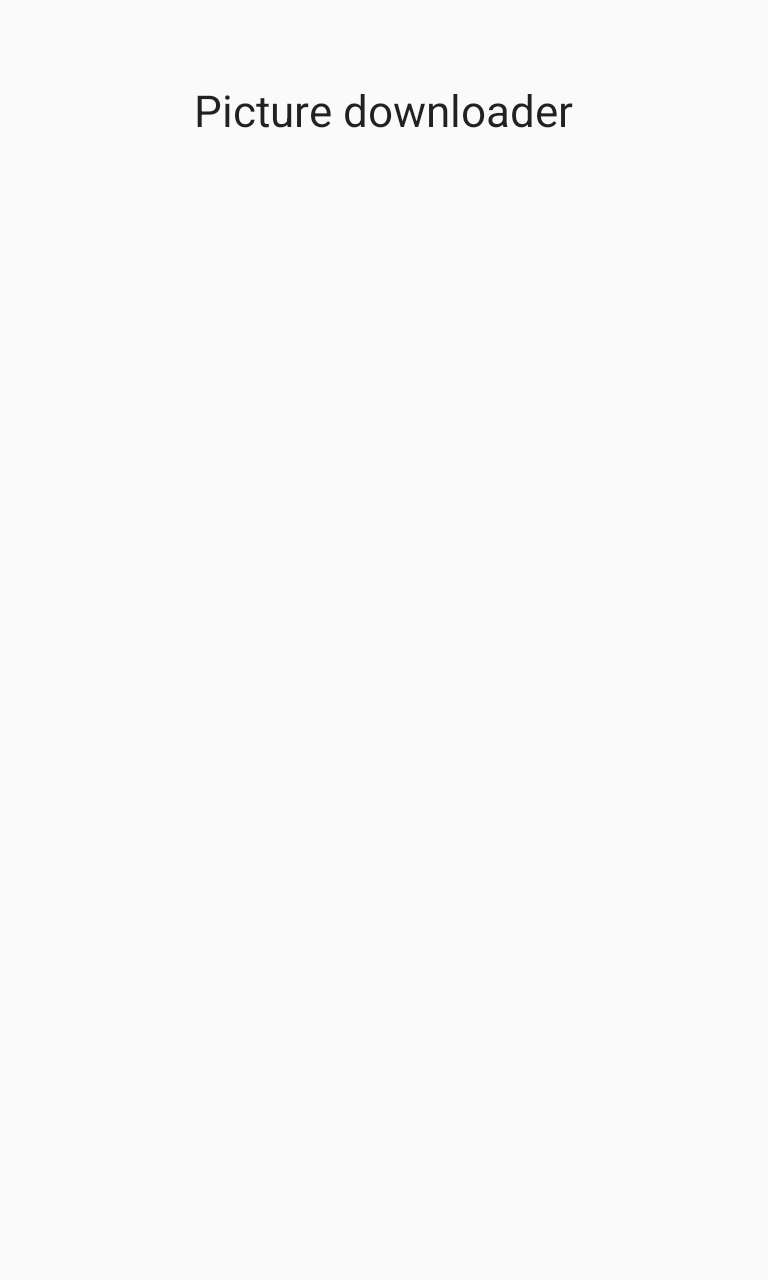
Repository: AlvaroCortez/Assigment3
Layout: PictureDownloader/res/layout/picture_downloader_layout.xml
These files come from the project's save history. The layout is drawn as it stood at one moment and after the next save; the edit follows.
It is drawn on a 768 x 1280 px phone screen (xhdpi) without system bars, with theme AppTheme; the app's code is not run.

Above is the layout before, as saved 2014-07-15 15:22:07.

### PictureDownloader/res/layout/picture_downloader_layout.xml
<?xml version="1.0" encoding="utf-8"?>
<RelativeLayout xmlns:android="http://schemas.android.com/apk/res/android"
    android:layout_width="match_parent"
    android:layout_height="match_parent" >

    <TextView
        android:id="@+id/textView1"
        android:layout_width="wrap_content"
        android:layout_height="wrap_content"
        android:layout_alignParentTop="true"
        android:layout_centerHorizontal="true"
        android:layout_marginTop="40dp"
        android:text="@string/picture_downloader"
        android:textAppearance="?android:attr/textAppearanceLarge" />

</RelativeLayout>

### PictureDownloader/res/values/strings.xml
<?xml version="1.0" encoding="utf-8"?>
<resources>

    <string name="app_name">PictureDownloader</string>
    <string name="hello_world">Hello world!</string>
    <string name="action_settings">Settings</string>
    <string name="image_url">http://m.io.ua/img_aa/medium/0192/63/01926395.jpg</string>
    <string name="picture_downloader">Picture downloader</string>

</resources>

Loaded but not shown: PictureDownloader/res/values/styles.xml (common file); PictureDownloader/res/values-v11/styles.xml (common file); PictureDownloader/res/values-v14/styles.xml (common file)

After the next save:
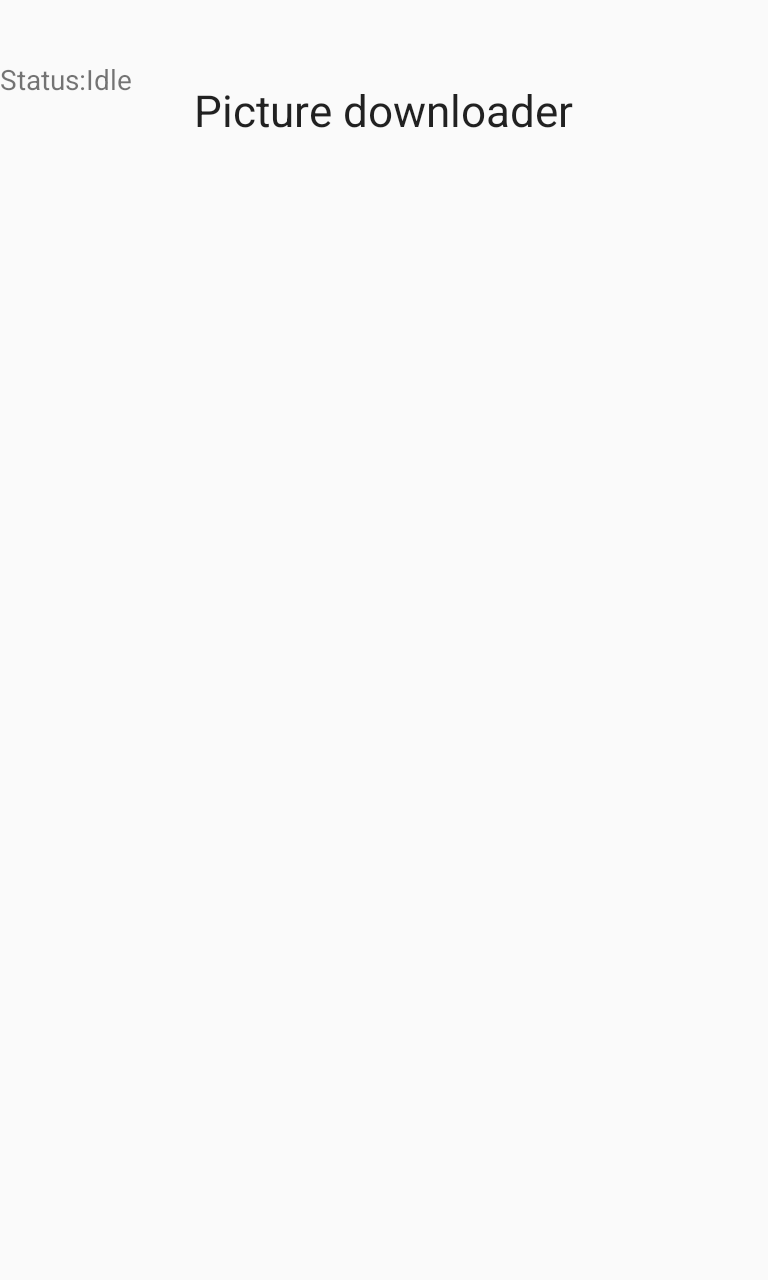
Saved 2 min 21 s later.
--- a/PictureDownloader/res/layout/picture_downloader_layout.xml
+++ b/PictureDownloader/res/layout/picture_downloader_layout.xml
@@ -4,7 +4,7 @@
     android:layout_height="match_parent" >
 
     <TextView
-        android:id="@+id/textView1"
+        android:id="@+id/text_picture_downloader"
         android:layout_width="wrap_content"
         android:layout_height="wrap_content"
         android:layout_alignParentTop="true"
@@ -13,4 +13,13 @@
         android:text="@string/picture_downloader"
         android:textAppearance="?android:attr/textAppearanceLarge" />
 
+    <TextView
+        android:id="@+id/status_text"
+        android:layout_width="wrap_content"
+        android:layout_height="wrap_content"
+        android:layout_alignLeft="@+id/textView1"
+        android:layout_below="@+id/textView1"
+        android:layout_marginTop="30dp"
+        android:text="@string/status_downloader" />
+
 </RelativeLayout>
--- a/PictureDownloader/res/values/strings.xml
+++ b/PictureDownloader/res/values/strings.xml
@@ -6,5 +6,6 @@
     <string name="action_settings">Settings</string>
     <string name="image_url">http://m.io.ua/img_aa/medium/0192/63/01926395.jpg</string>
     <string name="picture_downloader">Picture downloader</string>
+    <string name="status_downloader">Status:Idle</string>
 
 </resources>
